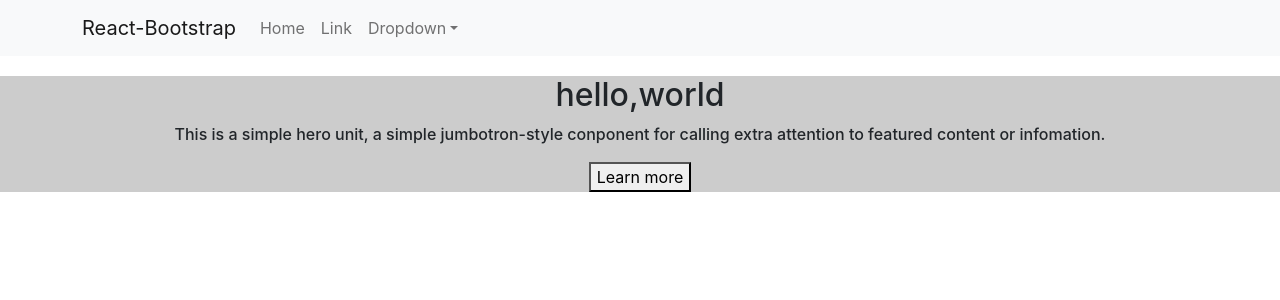
Repository: sonchangdo/mokdong
Page: / (app in shop/)
An editor plug-in stored every save of this project. The page is shown before and after the next save, followed by the edit.
The browser window is 1280 px wide. The pictures show the whole page.
The project was rebuilt for these pictures with package versions that can differ from the ones it lists, and the page was loaded fresh each time.

Above is the page before, as saved 2022-01-10 12:25:41.

### shop/src/App.js
import React from 'react';
import logo from './logo.svg';
import { Navbar,Container,Nav,NavDropdown } from 'react-bootstrap';
import './App.css';

function App() {
  return (
    <div className="App">
      <Navbar bg="light" expand="lg">
        <Container>
          <Navbar.Brand href="#home">React-Bootstrap</Navbar.Brand>
          <Navbar.Toggle aria-controls="basic-navbar-nav" />
          <Navbar.Collapse id="basic-navbar-nav">
            <Nav className="me-auto">
              <Nav.Link href="#home">Home</Nav.Link>
              <Nav.Link href="#link">Link</Nav.Link>
              <NavDropdown title="Dropdown" id="basic-nav-dropdown">
                <NavDropdown.Item href="#action/3.1">Action</NavDropdown.Item>
                <NavDropdown.Item href="#action/3.2">Another action</NavDropdown.Item>
                <NavDropdown.Item href="#action/3.3">Something</NavDropdown.Item>
                <NavDropdown.Divider />
                <NavDropdown.Item href="#action/3.4">Separated link</NavDropdown.Item>
              </NavDropdown>
            </Nav>
          </Navbar.Collapse>
        </Container>
      </Navbar>
      <div className="jumbotron">
        <h2>hello,world</h2>
        <p>This is a simple hero unit, a simple jumbotron-style conponent for calling
          extra attention to featured content or infomation.
        </p>
        <p>
          <button variant="primary">Learn more</button>
        </p>
      </div>
    </div>
  );
}

export default App;

### shop/src/App.css
.App {
  text-align: center;
}

.App-logo {
  height: 40vmin;
  pointer-events: none;
}

.jumbotron{
  margin:20px 0;
  background:#ccc;
}

.jumbotron > p:nth-child(1){
  font-size:30px;
  font-weight:600;
}

.jumbotron > p:nth-child(2){
  font-size:16px;
  font-weight:500;
}



@media (prefers-reduced-motion: no-preference) {
  .App-logo {
    animation: App-logo-spin infinite 20s linear;
  }
}

.App-header {
  background-color: #282c34;
  min-height: 100vh;
  display: flex;
  flex-direction: column;
  align-items: center;
  justify-content: center;
  font-size: calc(10px + 2vmin);
  color: white;
}

.App-link {
  color: #61dafb;
}

@keyframes App-logo-spin {
  from {
    transform: rotate(0deg);
  }
  to {
    transform: rotate(360deg);
  }
}

Loaded but not shown: shop/public/index.html (common file); shop/src/index.js (common file); shop/src/index.css (common file); shop/src/reportWebVitals.js (common file)

After the next save:
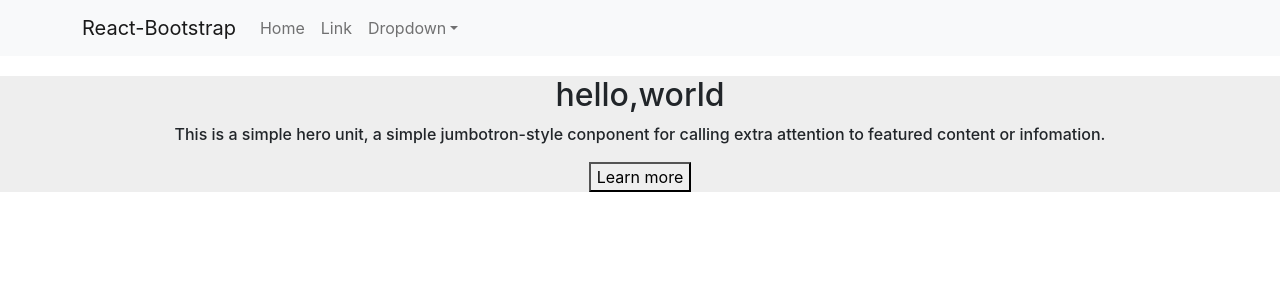
Saved 4 s later.
--- a/shop/src/App.css
+++ b/shop/src/App.css
@@ -9,7 +9,7 @@
 
 .jumbotron{
   margin:20px 0;
-  background:#ccc;
+  background:#eee;
 }
 
 .jumbotron > p:nth-child(1){
